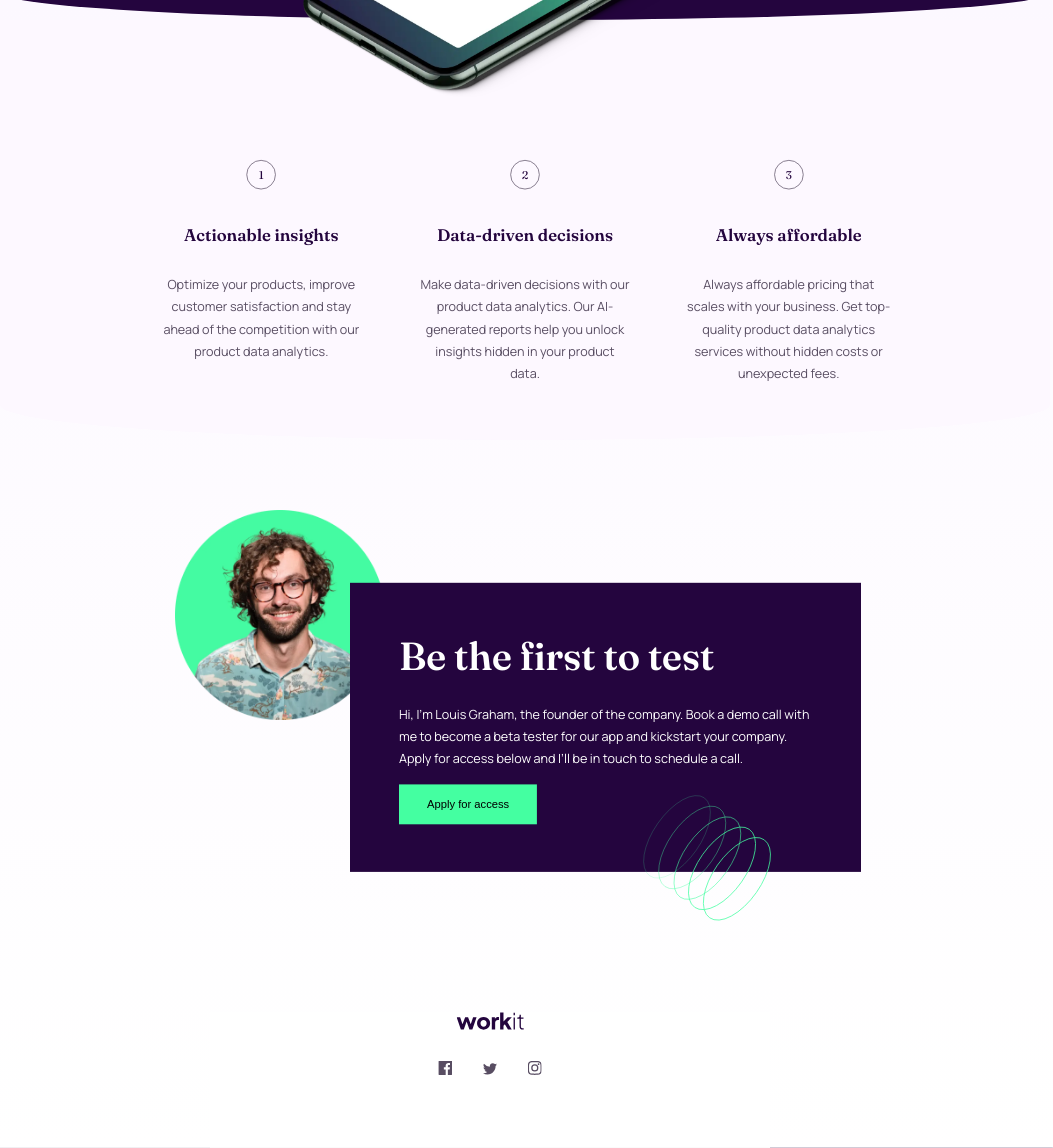
Repository: Arkitecth/landing_page
Page: starter-code/index.html
The author's editor kept a copy of each file at every save. The page is drawn from the files as they stood at one save, then again after the next save.
The browser window is 1280 px wide. The page is 1504 px wide, so the pictures cover 1504 px, including what lies to the right of the window. The pictures show the part of the page from y = 701 to 2341 px (the page is 2341 px tall), at 70% of full size.

Above is the page before, as saved 2023-05-19 19:22:43.

After the next save:
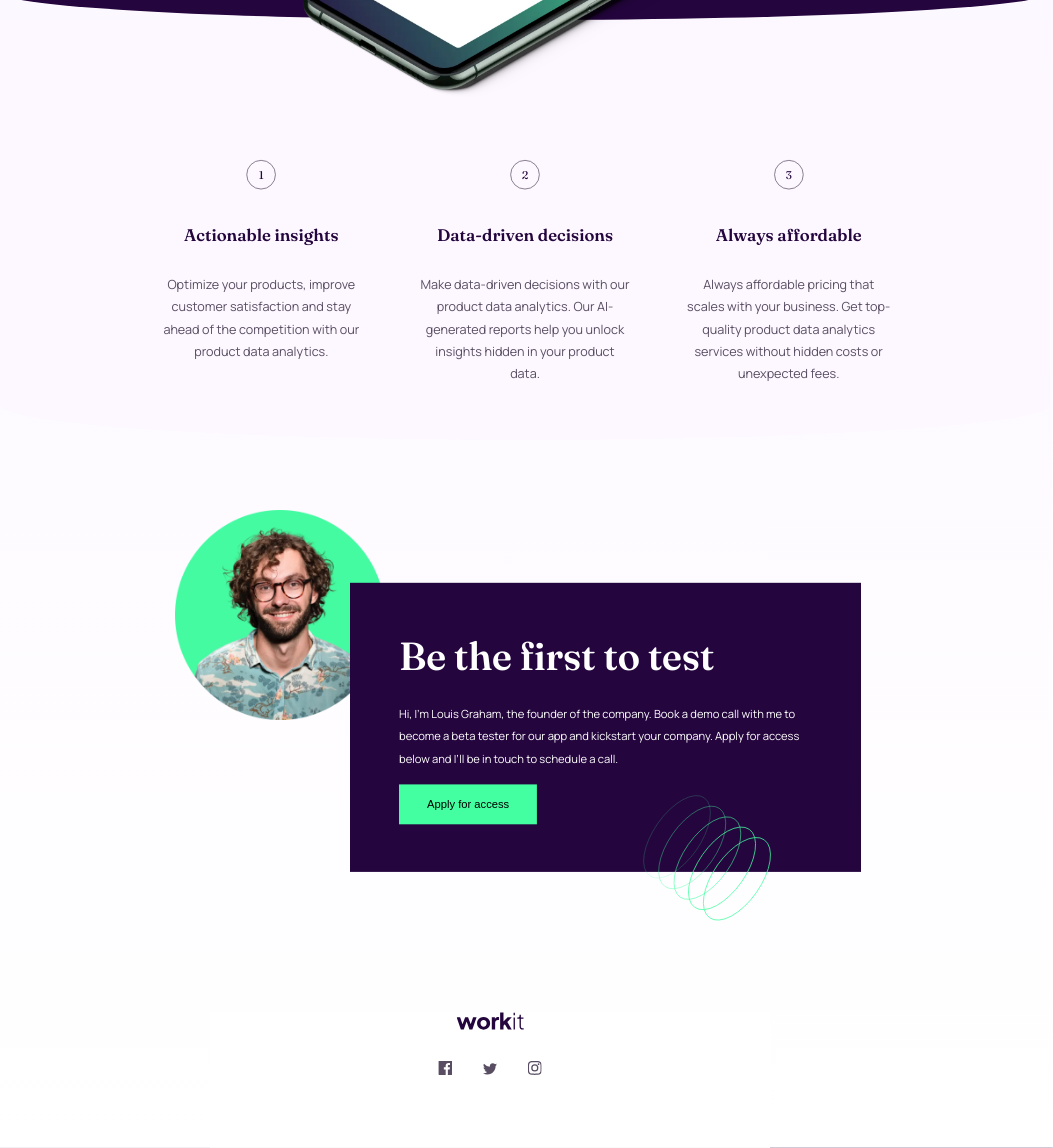
Saved 12 s later.
--- a/starter-code/styles.css
+++ b/starter-code/styles.css
@@ -200,7 +200,7 @@
 .about-container p {
     font-family: "Manrope";
     font-weight: 400;
-    font-size: 18px;
+    font-size: 1rem;
     line-height: 32px;
     margin-bottom: 30px;
 }
